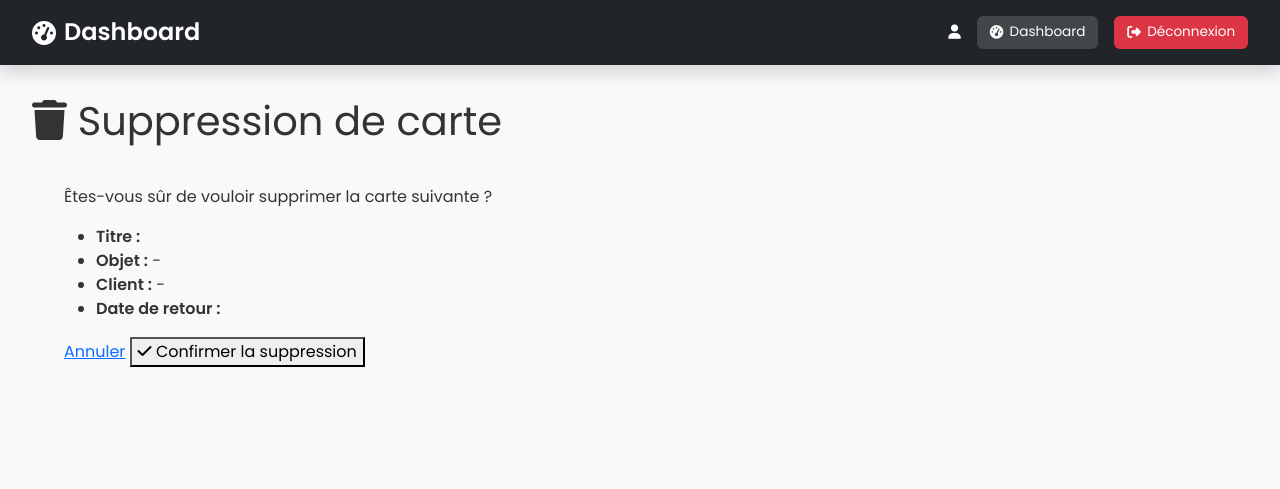
Repository: Andriatiana669/Retour_XP
Page: marches/templates/marches/carte_confirm_delete.html
An editor plug-in stored every save of this project. The page is shown before and after the next save, followed by the edit.
The browser window is 1280 px wide. The pictures show the whole page.
The page is served by the project's application, run on Django 5.2 (manage.py). The template is opened directly, without the code that normally fills it, so the values that code supplies are empty.

Above is the page before, as saved 2026-01-08 15:30:11.

After the next save:
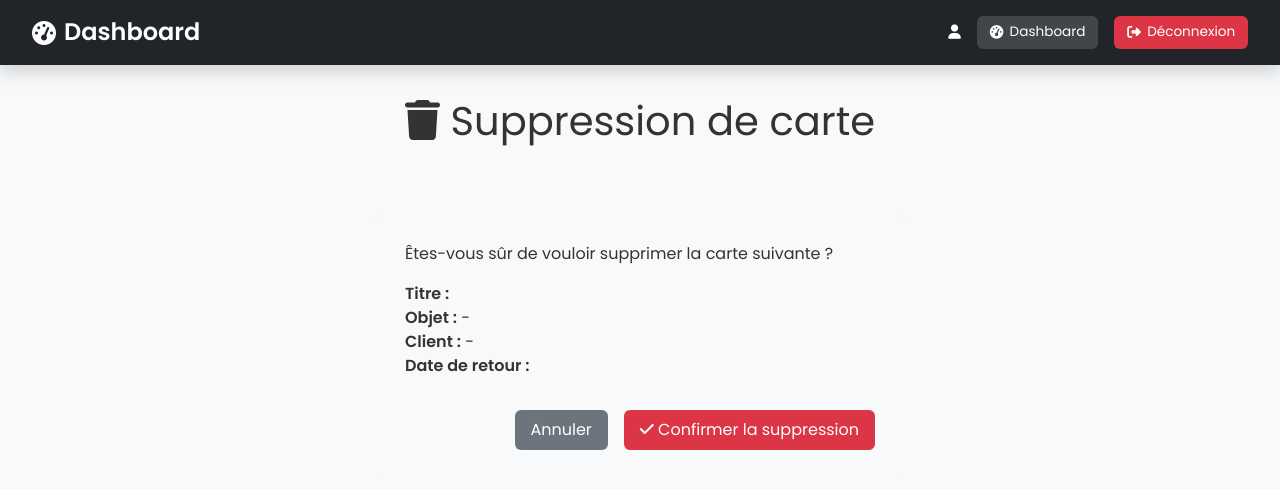
Saved 11 s later.
--- a/marches/templates/marches/carte_confirm_delete.html
+++ b/marches/templates/marches/carte_confirm_delete.html
@@ -1,6 +1,10 @@
 {% extends 'dashboard/base.html' %}
 {% load static %}
 {% block title %}Supprimer carte - {{ carte.titre }}{% endblock %}
+
+{% block extra_css %}
+<link rel="stylesheet" href="{% static 'marches/css/carte_detail.css' %}">
+{% endblock %}
 
 {% block content %}
 <section class="delete-header">
